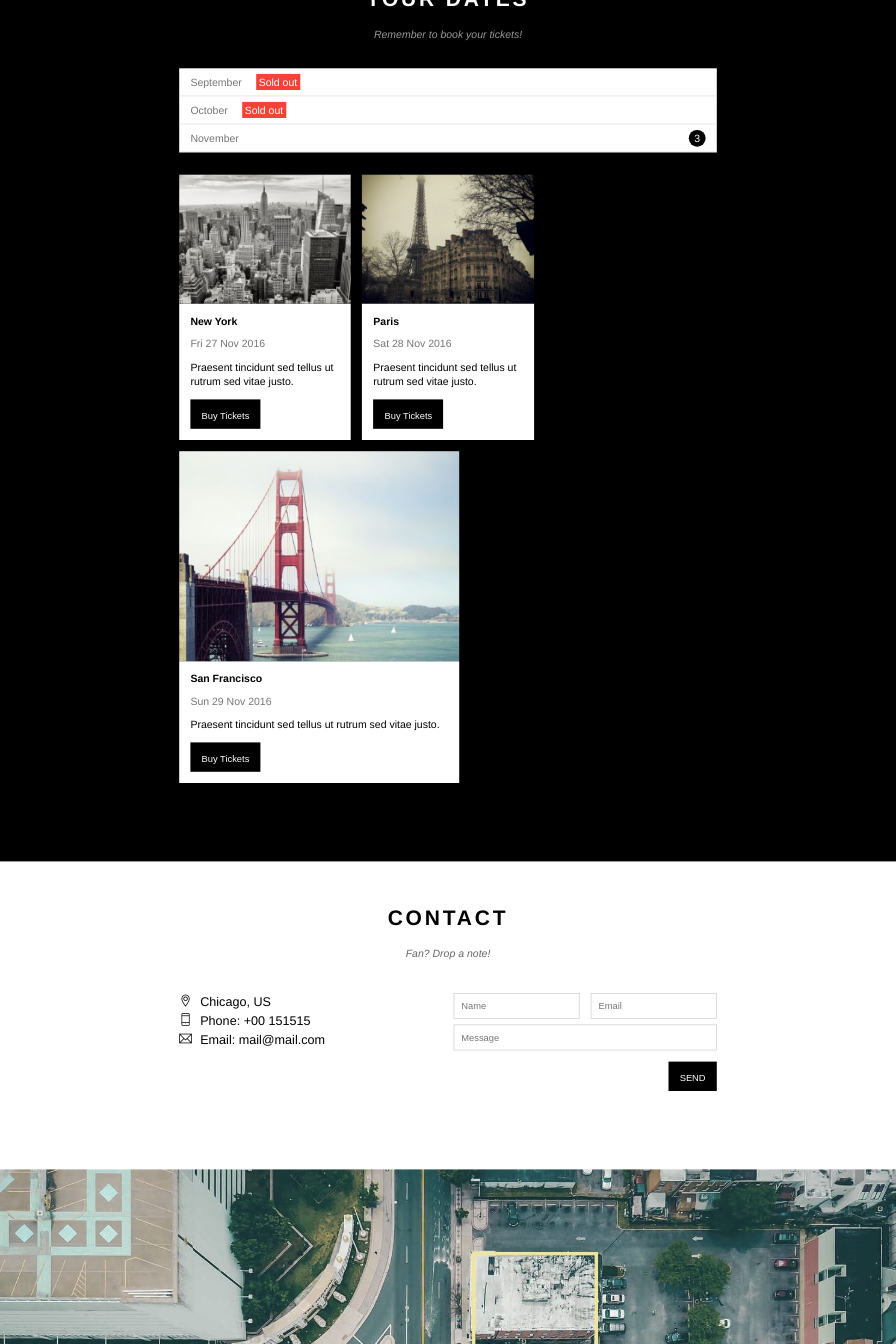
Repository: phongngotrong/w3school_reup
Page: index.html
An editor plug-in stored every save of this project. The page is shown before and after the next save, followed by the edit.
The browser window is 1280 px wide. The pictures show the part of the page from y = 1421 to 3341 px (the page is 4000 px tall before and 3510 px after), at 70% of full size.

Above is the page before, as saved 2022-02-15 22:03:05.

After the next save:
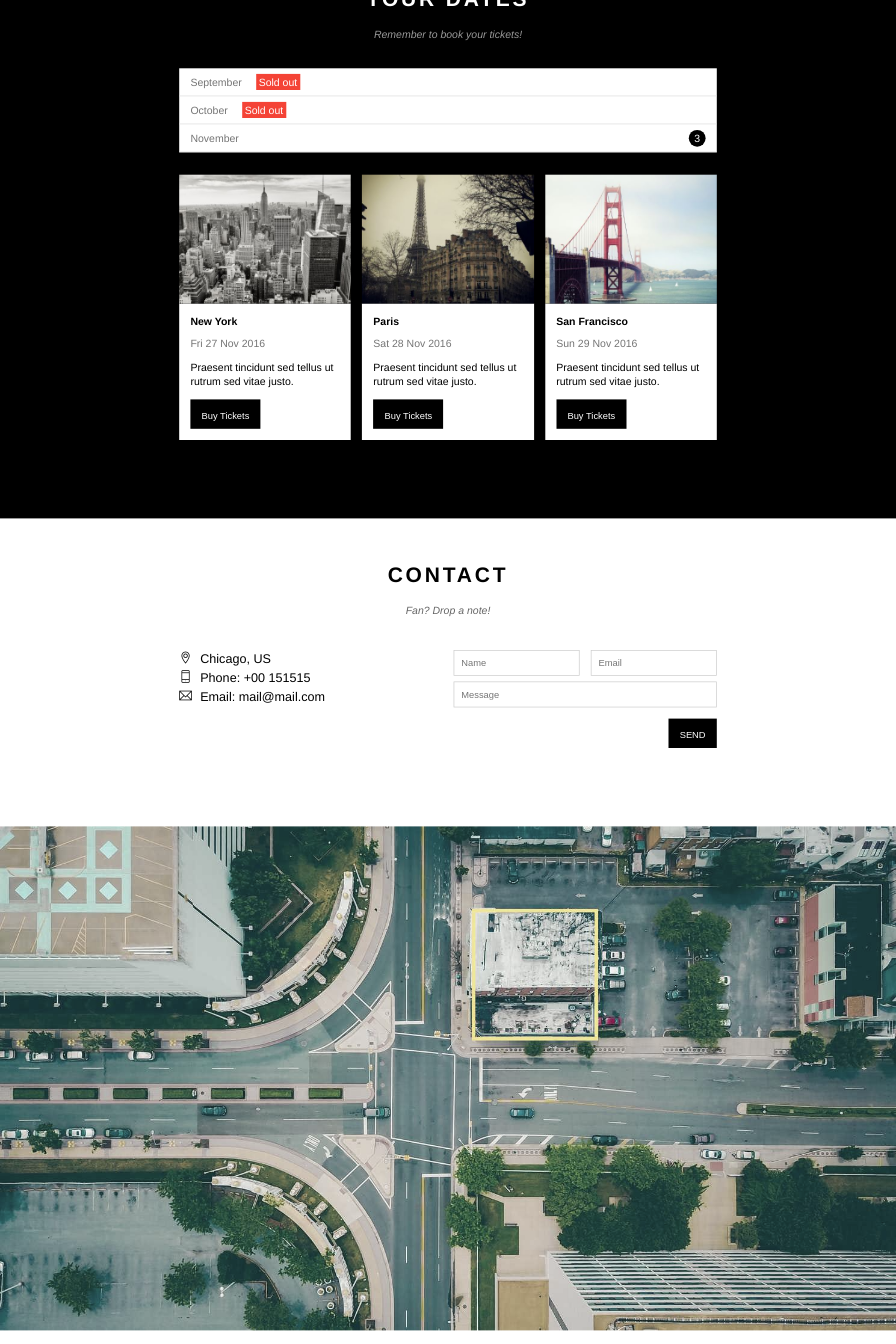
Saved 21 s later.
--- a/index.html
+++ b/index.html
@@ -155,7 +155,7 @@
               </div>
               <!-- place3 -->
 
-              <div class="col col-third-col-full mt- s-col-ful mt-16">
+              <div class="col col-third s-col-full mt-16">
                 <img
                   src="./assets/img/sanfran.jpg"
                   alt="New York"
